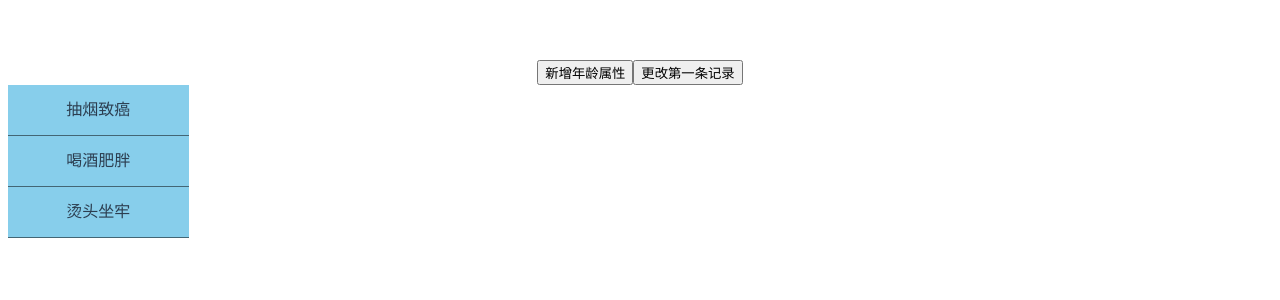
Repository: sunboxsoft/vue-key_Vue.set_parser-babylon
Page: /#/ComprehensicePractise
An editor plug-in stored every save of this project. The page is shown before and after the next save, followed by the edit.
The browser window is 1280 px wide. The pictures show the whole page.
The project was rebuilt for these pictures with package versions that can differ from the ones it lists, and the page was loaded fresh each time. Also part of the build but not shown: src/components/HelloWorld.vue.

Above is the page before, as saved 2022-05-14 07:35:25.

After the next save:
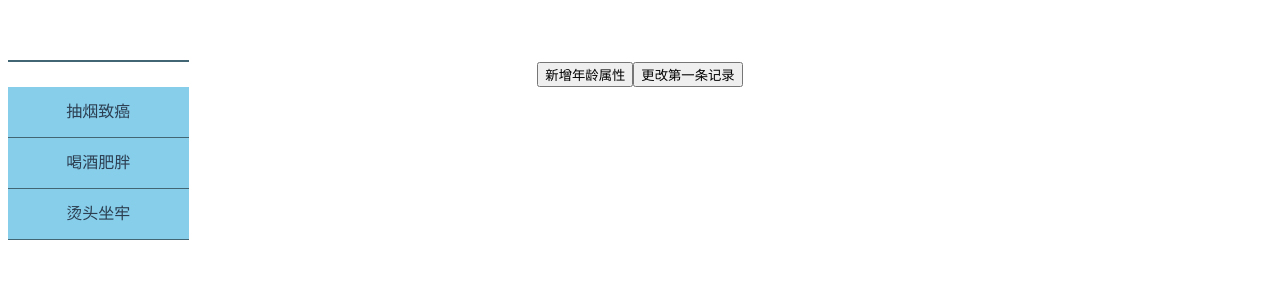
Saved 22 s later.
--- a/src/components/ComprehensicePractise.vue
+++ b/src/components/ComprehensicePractise.vue
@@ -1,10 +1,12 @@
 <template>
   <section class="ComprehensicePractise">
- <button @click="addAge">新增年龄属性</button>
-   <div v-if="student.age">
-    年龄{{student.age}}
-    </div>
-        <button @click="changeOneRecord">更改第一条记录</button>
+      <ul>
+          <li></li>
+          <li></li>
+      </ul>
+    <button @click="addAge">新增年龄属性</button>
+    <div v-if="student.age">年龄{{ student.age }}</div>
+    <button @click="changeOneRecord">更改第一条记录</button>
     <ul>
       <li v-for="item in student.hobby" :key="item">
         {{ item }}
@@ -15,30 +17,30 @@
 
 <script>
 export default {
- name: 'ComprehensicePractise',
+  name: "ComprehensicePractise",
   data() {
     return {
-        student:{
-            hobby:['抽烟致癌','喝酒肥胖','烫头坐牢']
-        }
-    }
+      student: {
+        hobby: ["抽烟致癌", "喝酒肥胖", "烫头坐牢"]
+      }
+    };
   },
   components: {},
   watch: {},
   mounted() {},
   methods: {
-      changeOneRecord(){
-        //this.hobby[0]='学习'  //不生效
-        // 方法一
-        //this.hobby.splice(0,1,'学习')
-        // 方法二
-        this.$set(this.student.hobby,0,'学习')
-      },
-      addAge(){
-          this.$set(this.student,"age",88)
-      }
+    changeOneRecord() {
+      //this.hobby[0]='学习'  //不生效
+      // 方法一
+      //this.hobby.splice(0,1,'学习')
+      // 方法二
+      this.$set(this.student.hobby, 0, "学习");
+    },
+    addAge() {
+      this.$set(this.student, "age", 88);
+    }
   }
-}
+};
 </script>
 
 <style>
